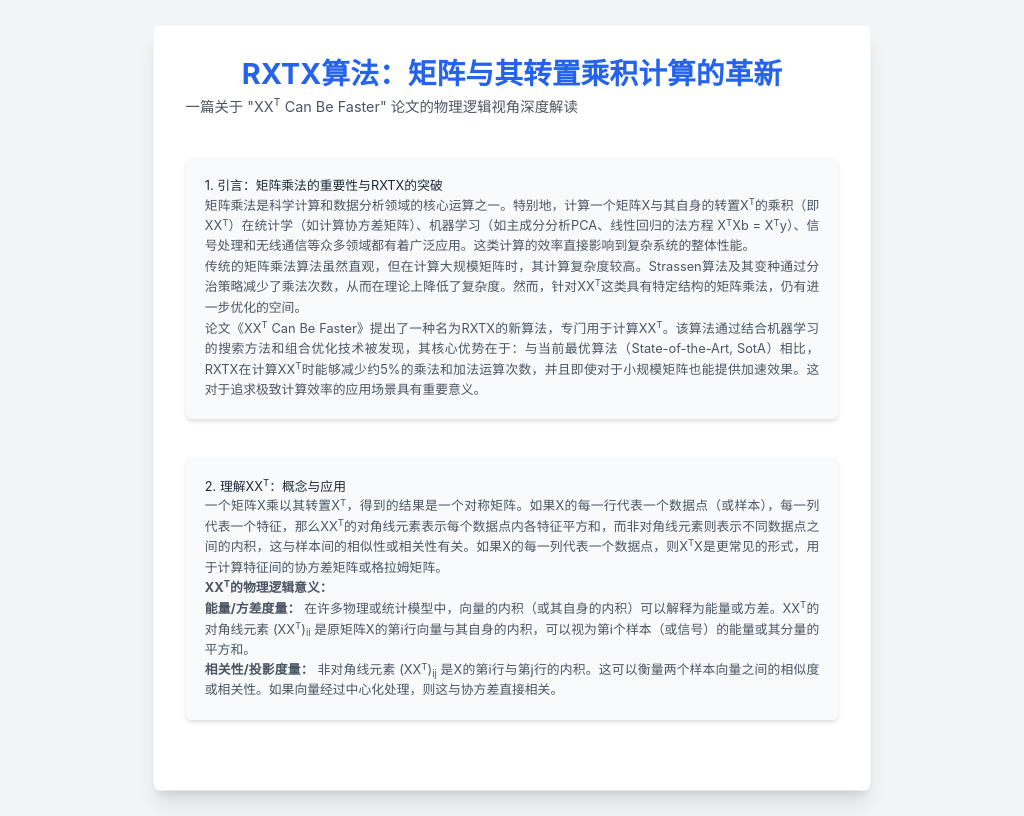
Repository: james130012/newcline
Page: useful/6.新矩阵乘法.html
An editor plug-in stored every save of this project. The page is shown before and after a run of saves, followed by the edit.
The browser window is 1280 px wide. The pictures show the whole page, at 80% of full size.
Some web libraries are served in a nearby version.

Above is the page before, as saved 2025-05-17 14:59:00.

### useful/6.新矩阵乘法.html
<!DOCTYPE html>
<html lang="zh-CN">
<head>
    <meta charset="UTF-8">
    <meta name="viewport" content="width=device-width, initial-scale=1.0">
    <title>RXTX算法深度解析与动画演示</title>
    <script src="https://cdn.tailwindcss.com"></script>
    <script src="https://cdnjs.cloudflare.com/ajax/libs/p5.js/1.9.0/p5.min.js"></script>
    <script src="https://cdn.jsdelivr.net/npm/chart.js"></script>
    <style>
        body { font-family: 'Inter', sans-serif; }
        .content-section { margin-bottom: 3rem; padding: 1.5rem; background-color: #f9fafb; border-radius: 0.5rem; box-shadow: 0 4px 6px -1px rgba(0, 0, 0, 0.1), 0 2px 4px -1px rgba(0, 0, 0, 0.06); }
        .animation-container { margin-top: 1rem; margin-bottom: 1rem; border: 1px solid #e5e7eb; border-radius: 0.5rem; }
        canvas { display: block; margin: auto; background-color: #fff; height: 250px; }
        #chart3, #chart4 { max-height: 250px; }
        .controls { text-align: center; margin-top: 0.5rem; margin-bottom: 1rem; }
        .controls button { background-color: #3b82f6; color: white; padding: 0.5rem 1rem; border-radius: 0.375rem; border: none; cursor: pointer; margin: 0 0.25rem; transition: background-color 0.3s; }
        .controls button:hover { background-color: #2563eb; }
        h2 { font-size: 1.75rem; font-weight: 600; margin-bottom: 1rem; color: #1f2937; }
        h3 { font-size: 1.25rem; font-weight: 500; margin-top: 1.5rem; margin-bottom: 0.75rem; color: #374151; }
        p, li { line-height: 1.6; color: #4b5563; text-align: justify; }
        ul { list-style-type: disc; margin-left: 1.5rem; }
        .formula { font-family: monospace; background-color: #e5e7eb; padding: 0.25rem 0.5rem; border-radius: 0.25rem; display: inline-block; }
    </style>
</head>
<body class="bg-gray-100 text-gray-800 p-4 md:p-8">
    <div class="max-w-4xl mx-auto bg-white shadow-xl rounded-lg p-6 md:p-10">
        <header class="text-center mb-12">
            <h1 class="text-4xl font-bold text-blue-600">RXTX算法：矩阵与其转置乘积计算的革新</h1>
            <p class="text-lg text-gray-600 mt-2">一篇关于 "XX<sup>T</sup> Can Be Faster" 论文的物理逻辑视角深度解读</p>
        </header>

        <section class="content-section">
            <h2>1. 引言：矩阵乘法的重要性与RXTX的突破</h2>
            <p>矩阵乘法是科学计算和数据分析领域的核心运算之一。特别地，计算一个矩阵X与其自身的转置X<sup>T</sup>的乘积（即XX<sup>T</sup>）在统计学（如计算协方差矩阵）、机器学习（如主成分分析PCA、线性回归的法方程 X<sup>T</sup>Xb = X<sup>T</sup>y）、信号处理和无线通信等众多领域都有着广泛应用。这类计算的效率直接影响到复杂系统的整体性能。</p>
            <p>传统的矩阵乘法算法虽然直观，但在计算大规模矩阵时，其计算复杂度较高。Strassen算法及其变种通过分治策略减少了乘法次数，从而在理论上降低了复杂度。然而，针对XX<sup>T</sup>这类具有特定结构的矩阵乘法，仍有进一步优化的空间。</p>
            <p>论文《XX<sup>T</sup> Can Be Faster》提出了一种名为RXTX的新算法，专门用于计算XX<sup>T</sup>。该算法通过结合机器学习的搜索方法和组合优化技术被发现，其核心优势在于：与当前最优算法（State-of-the-Art, SotA）相比，RXTX在计算XX<sup>T</sup>时能够减少约5%的乘法和加法运算次数，并且即使对于小规模矩阵也能提供加速效果。这对于追求极致计算效率的应用场景具有重要意义。</p>
        </section>

        <section class="content-section">
            <h2>2. 理解XX<sup>T</sup>：概念与应用</h2>
            <p>一个矩阵X乘以其转置X<sup>T</sup>，得到的结果是一个对称矩阵。如果X的每一行代表一个数据点（或样本），每一列代表一个特征，那么XX<sup>T</sup>的对角线元素表示每个数据点内各特征平方和，而非对角线元素则表示不同数据点之间的内积，这与样本间的相似性或相关性有关。如果X的每一列代表一个数据点，则X<sup>T</sup>X是更常见的形式，用于计算特征间的协方差矩阵或格拉姆矩阵。</p>
            <p><strong>XX<sup>T</sup>的物理逻辑意义：</strong></p>
            <ul>
                <li><strong>能量/方差度量：</strong> 在许多物理或统计模型中，向量的内积（或其自身的内积）可以解释为能量或方差。XX<sup>T</sup>的对角线元素 (XX<sup>T</sup>)<sub>ii</sub> 是原矩阵X的第i行向量与其自身的内积，可以视为第i个样本（或信号）的能量或其分量的平方和。</li>
                <li><strong>相关性/投影度量：</strong> 非对角线元素 (XX<sup>T</sup>)<sub>ij</sub> 是X的第i行与第j行的内积。这可以衡量两个样本向量之间的相似度或相关性。如果向量经过中心化处理，则这与协方差直接相关。</li>

After the next 3 saves:
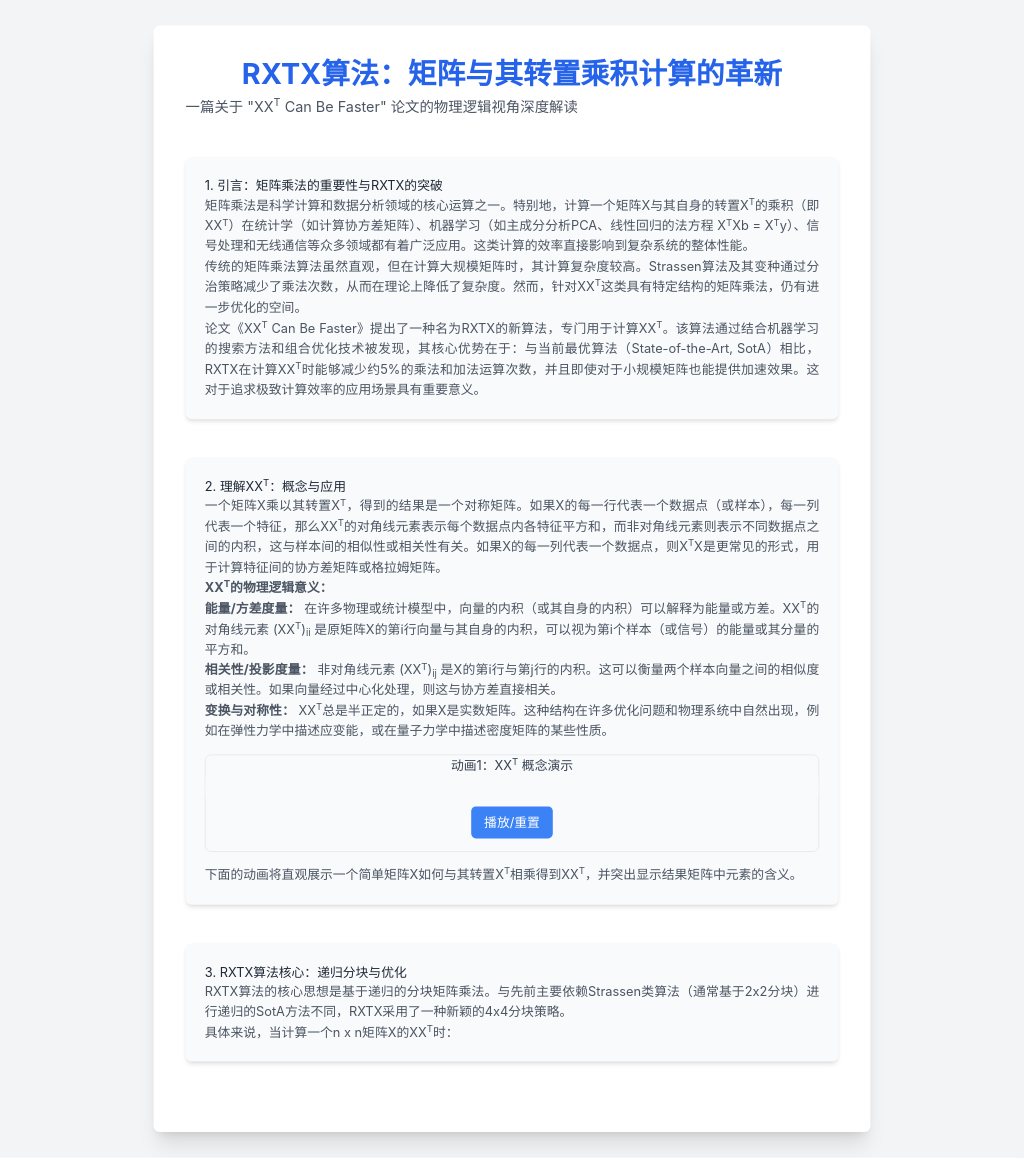
The 3 saves are shown as one change because they came seconds apart.
The last was saved 9 s later.
--- a/useful/6.新矩阵乘法.html
+++ b/useful/6.新矩阵乘法.html
@@ -44,3 +44,20 @@
             <ul>
                 <li><strong>能量/方差度量：</strong> 在许多物理或统计模型中，向量的内积（或其自身的内积）可以解释为能量或方差。XX<sup>T</sup>的对角线元素 (XX<sup>T</sup>)<sub>ii</sub> 是原矩阵X的第i行向量与其自身的内积，可以视为第i个样本（或信号）的能量或其分量的平方和。</li>
                 <li><strong>相关性/投影度量：</strong> 非对角线元素 (XX<sup>T</sup>)<sub>ij</sub> 是X的第i行与第j行的内积。这可以衡量两个样本向量之间的相似度或相关性。如果向量经过中心化处理，则这与协方差直接相关。</li>
+                <li><strong>变换与对称性：</strong> XX<sup>T</sup>总是半正定的，如果X是实数矩阵。这种结构在许多优化问题和物理系统中自然出现，例如在弹性力学中描述应变能，或在量子力学中描述密度矩阵的某些性质。</li>
+            </ul>
+            <div class="animation-container">
+                <h3 class="text-center">动画1：XX<sup>T</sup> 概念演示</h3>
+                <div id="canvasContainer1" class="flex justify-center items-center p-4 bg-gray-50 rounded-md"></div>
+                <div class="controls">
+                    <button id="playBtn1">播放/重置</button>
+                </div>
+            </div>
+            <p>下面的动画将直观展示一个简单矩阵X如何与其转置X<sup>T</sup>相乘得到XX<sup>T</sup>，并突出显示结果矩阵中元素的含义。</p>
+        </section>
+
+        <section class="content-section">
+            <h2>3. RXTX算法核心：递归分块与优化</h2>
+            <p>RXTX算法的核心思想是基于递归的分块矩阵乘法。与先前主要依赖Strassen类算法（通常基于2x2分块）进行递归的SotA方法不同，RXTX采用了一种新颖的4x4分块策略。</p>
+            <p>具体来说，当计算一个n x n矩阵X的XX<sup>T</sup>时：</p>
+            <ul>
